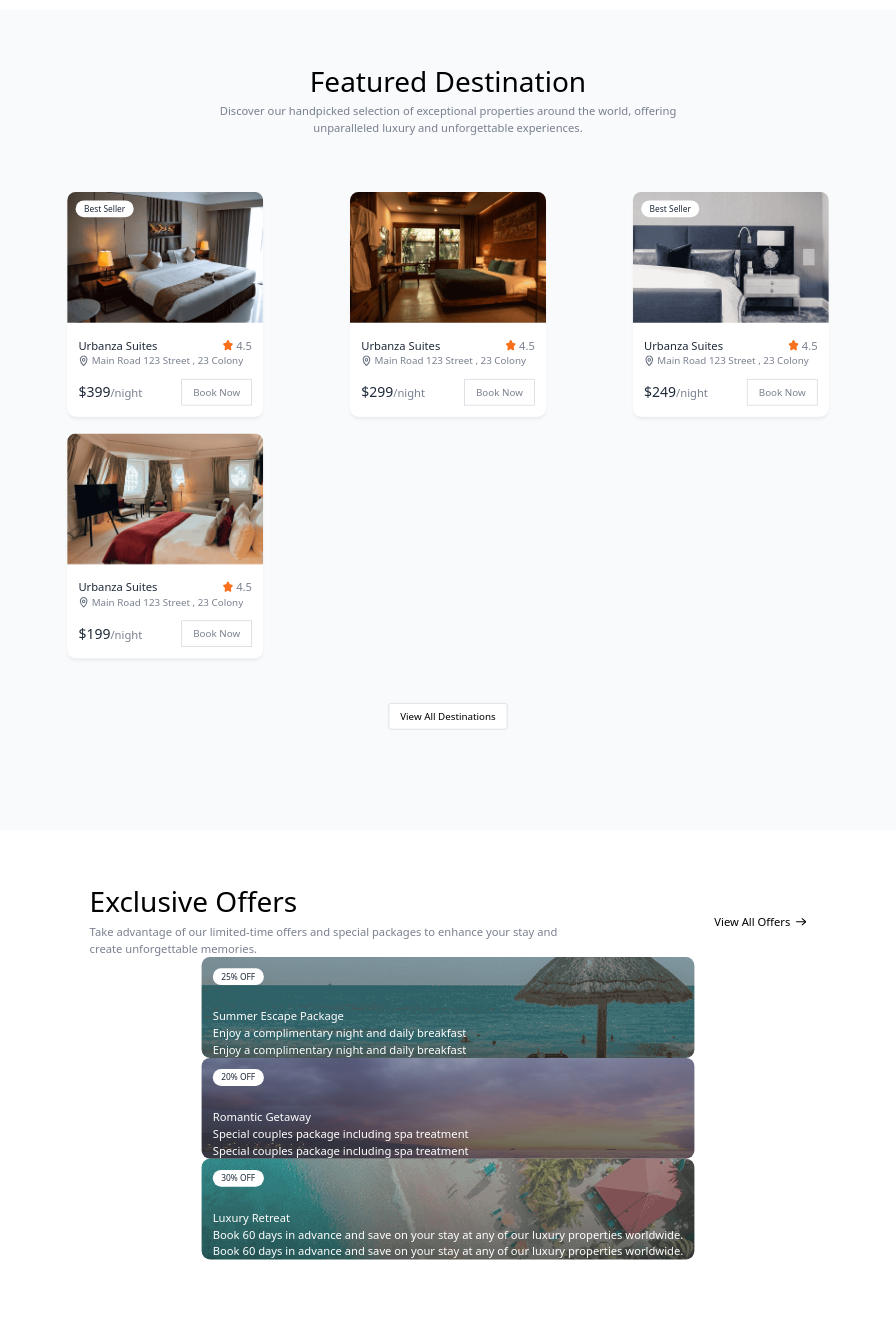
Repository: Ponn-Star/My-App
Page: / (app in FrontEnd/)
The author's editor kept a copy of each file at every save. The page is drawn from the files as they stood at one save, then again after the next save.
The browser window is 1280 px wide. The pictures show the part of the page from y = 705 to 2625 px (the page is 2625 px tall), at 70% of full size.
The project was rebuilt for these pictures with package versions that can differ from the ones it lists, and the page was loaded fresh each time. Also part of the build but not shown: FrontEnd/vite.config.js, FrontEnd/src/assets/assets.js.

Above is the page before, as saved 2025-05-08 23:12:54.

After the next save:
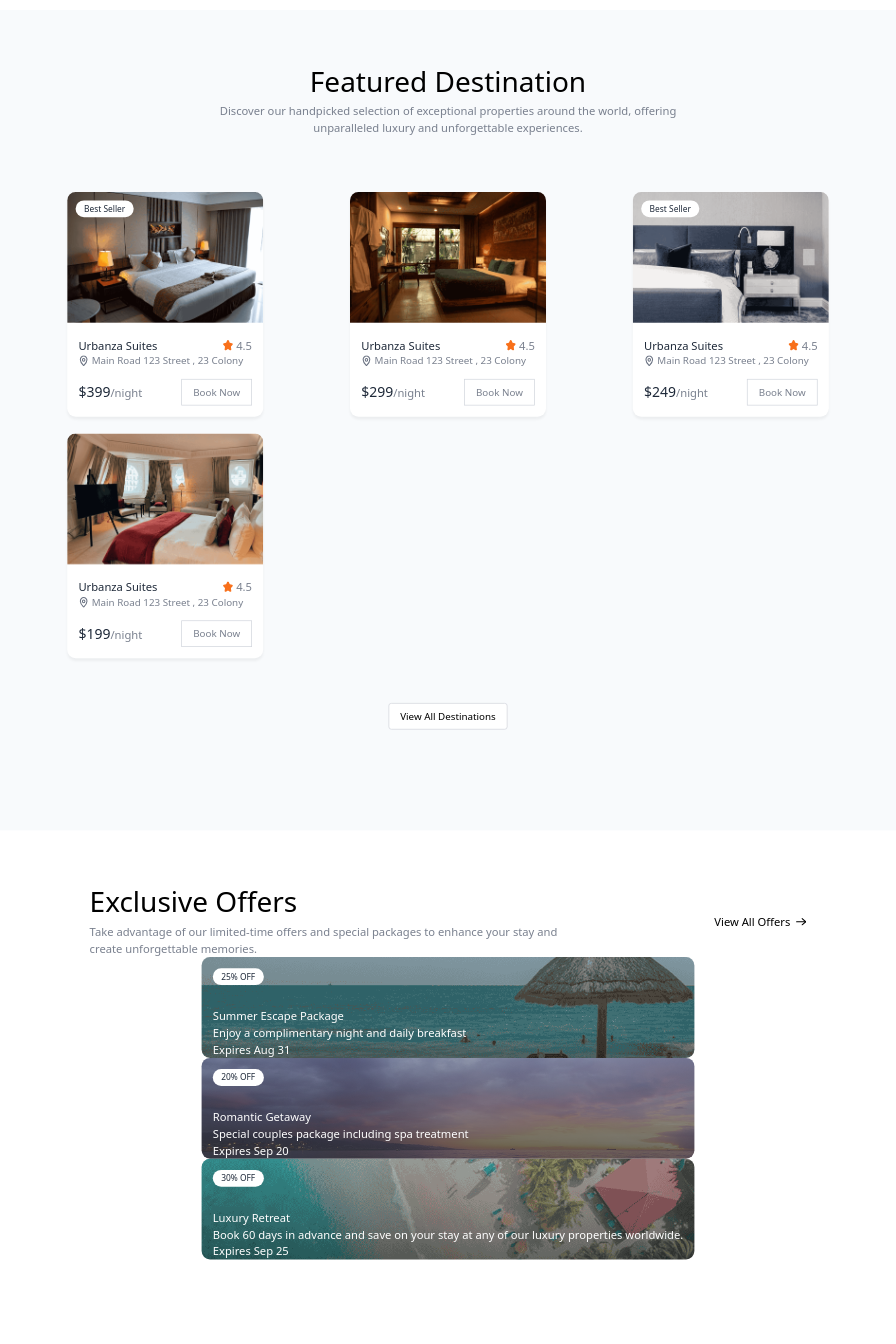
Saved 24 s later.
--- a/FrontEnd/src/components/ExclusiveOffers.jsx
+++ b/FrontEnd/src/components/ExclusiveOffers.jsx
@@ -22,7 +22,7 @@ const ExclusiveOffers = () => {
                 <div>
                     <p>{item.title}</p>
                     <p>{item.description}</p>
-                    <p>{item.description}</p>
+                    <p>Expires {item.expiryDate}</p>
                 </div>
             </div>
         ))}
